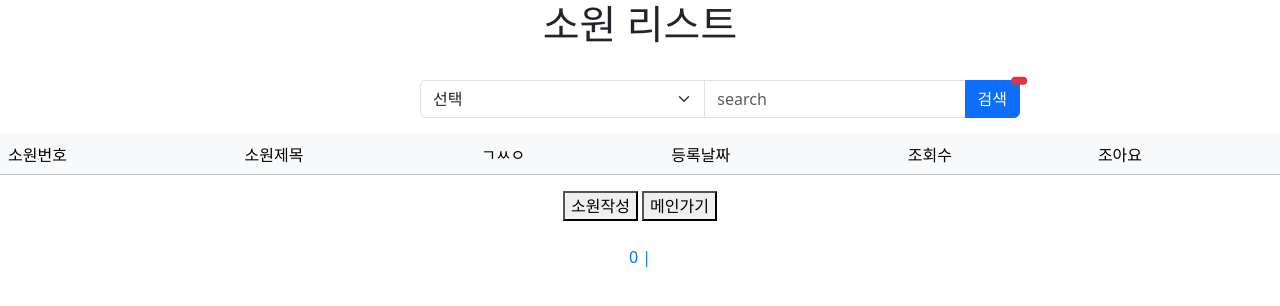
Repository: sujeong1799/JSP
Page: http://localhost/java_study/board/list.jsp
The author's editor kept a copy of each file at every save. The page is drawn from the files as they stood at one save, then again after the next save.
The browser window is 1280 px wide. The pictures show the whole page.
The page is served by Tomcat 9. The template is opened directly, without the code that normally fills it, so the values that code supplies are empty.

Above is the page before, as saved 2023-05-24 07:46:01.

After the next save:
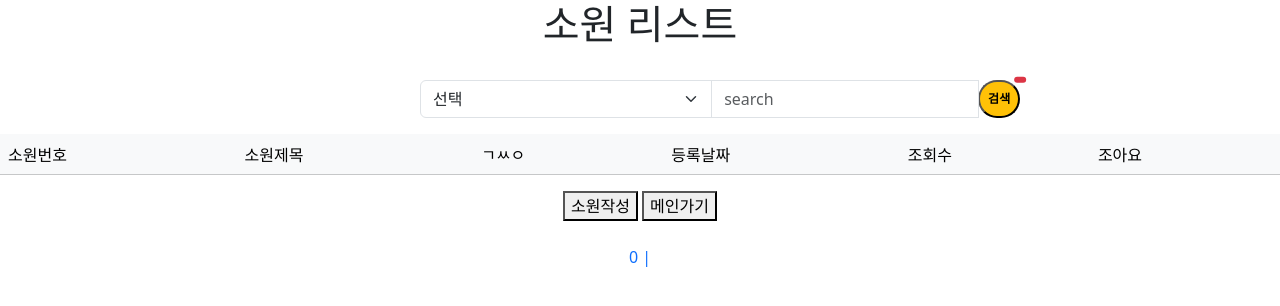
Saved 2 min 25 s later.
--- a/jsp_project4-1_과제/java_study/src/main/webapp/board/list.jsp
+++ b/jsp_project4-1_과제/java_study/src/main/webapp/board/list.jsp
@@ -33,8 +33,7 @@
 					placeholder="search"> <input type="hidden" name="pageNo"
 					value="${pgh.pgvo.pageNo }"> <input type="hidden"
 					name="qty" value="${pgh.pgvo.qty }">
-				<!-- <button type="submit" class="btn btn-success">Search</button> -->
-				<button type="submit" class="btn btn-primary position-relative">
+				<button type="submit" class="badge rounded-pill text-bg-warning">
 					검색 <span
 						class="position-absolute top-0 start-100 translate-middle badge rounded-pill bg-danger">
 						${pgh.totalCount } <span class="visually-hidden"></span>

After the save that followed:
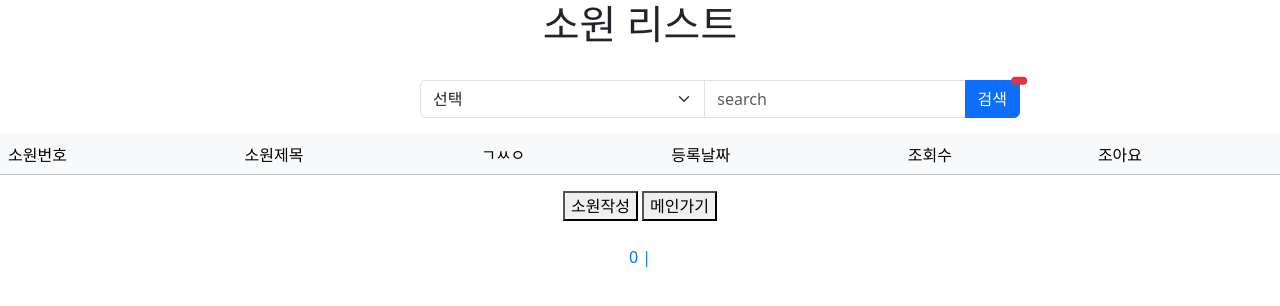
Saved 8 s later.
--- a/jsp_project4-1_과제/java_study/src/main/webapp/board/list.jsp
+++ b/jsp_project4-1_과제/java_study/src/main/webapp/board/list.jsp
@@ -33,7 +33,7 @@
 					placeholder="search"> <input type="hidden" name="pageNo"
 					value="${pgh.pgvo.pageNo }"> <input type="hidden"
 					name="qty" value="${pgh.pgvo.qty }">
-				<button type="submit" class="badge rounded-pill text-bg-warning">
+				<button type="submit" class="btn btn-primary position-relative">
 					검색 <span
 						class="position-absolute top-0 start-100 translate-middle badge rounded-pill bg-danger">
 						${pgh.totalCount } <span class="visually-hidden"></span>
